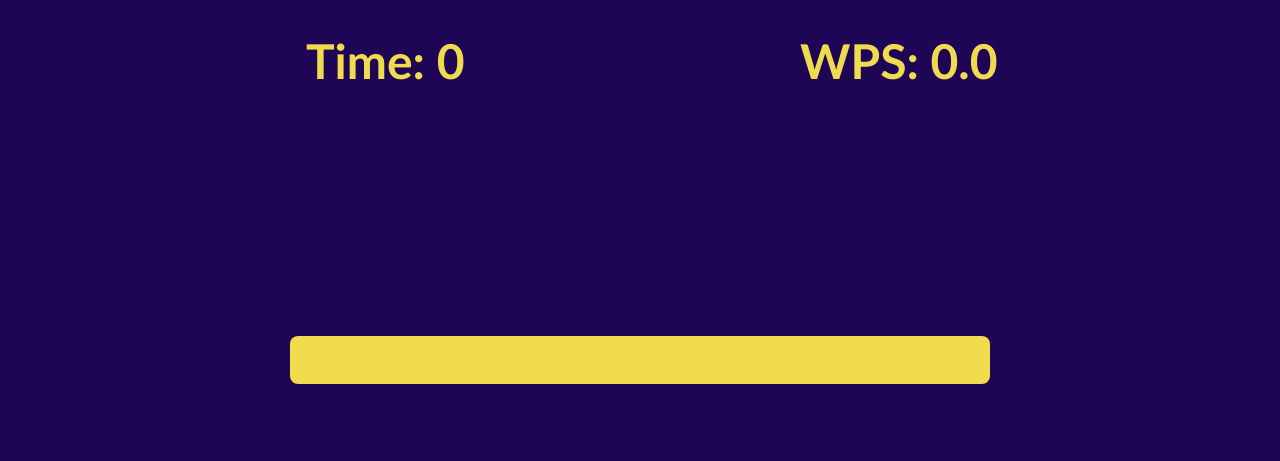
Repository: KhangNguyenIU/Vanilajs-TypingSpeed
Page: index.html
The author's editor kept a copy of each file at every save. The page is drawn from the files as they stood at one save, then again after the next save.
The browser window is 1280 px wide. The pictures show the whole page.
The page's requests for data from a server got no answer.

Above is the page before, as saved 2021-10-15 11:10:49.

After the next save:
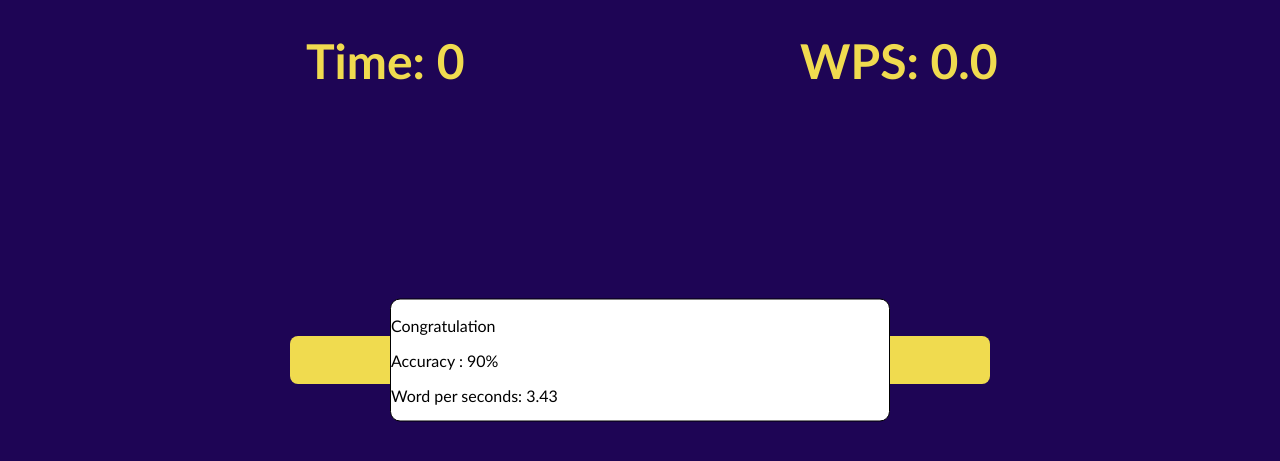
Saved 7 s later.
--- a/style.css
+++ b/style.css
@@ -39,7 +39,7 @@
     position: fixed;
     top: 50%;
     left: 50%;
-    transform: translate(-50%, -50%) scale(0);
+    transform: translate(-50%, -50%) ;
     transition: 200ms ease-in-out;
     border: 1px solid black;
     border-radius: 10px;
